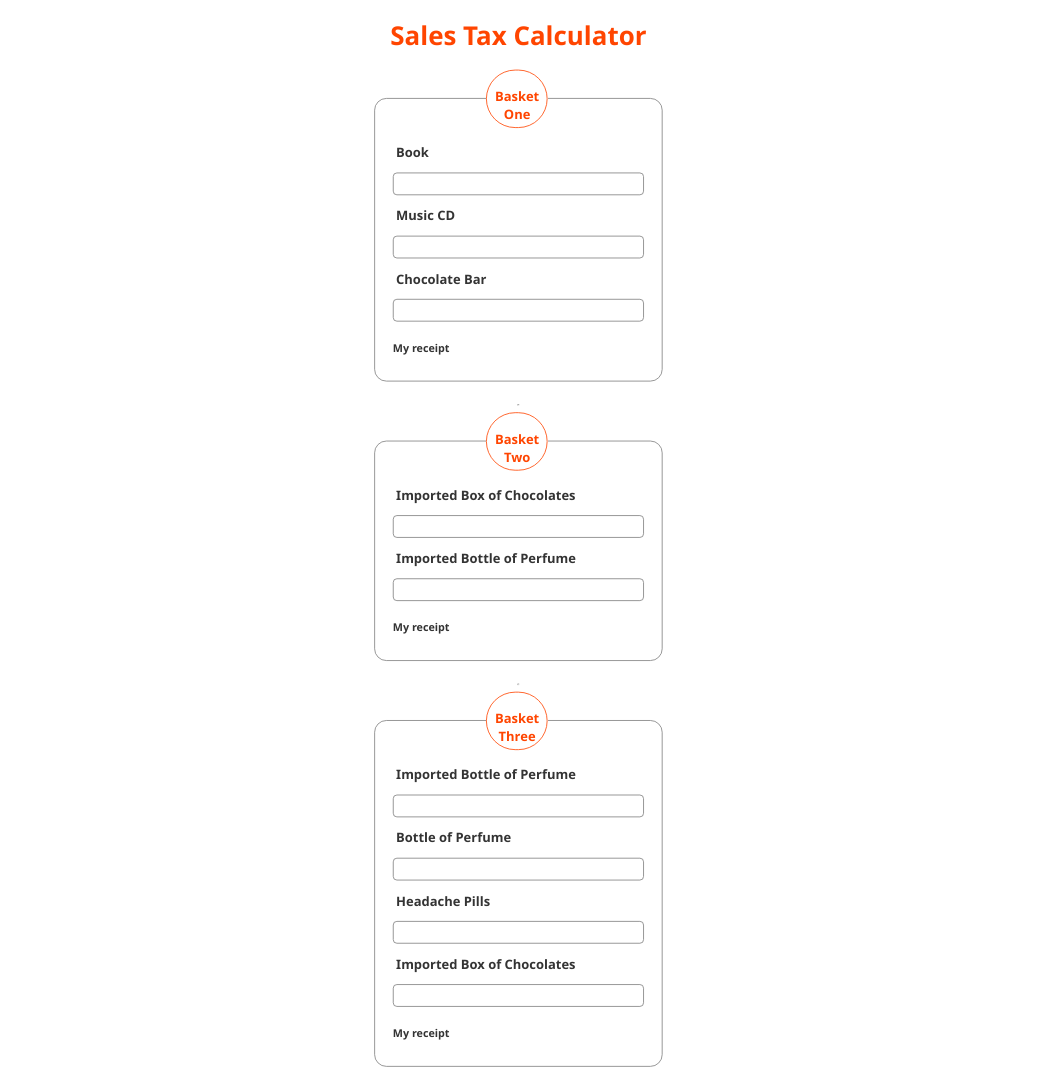
Repository: duzzisantos/sales-tax
Page: index.html
These files come from the project's save history. The page is drawn as it stood at one moment and after the next save; the edit follows.
The browser window is 1280 px wide. The pictures show the whole page, at 81% of full size.

Above is the page before, as saved 2022-05-25 23:52:32.

After the next save:
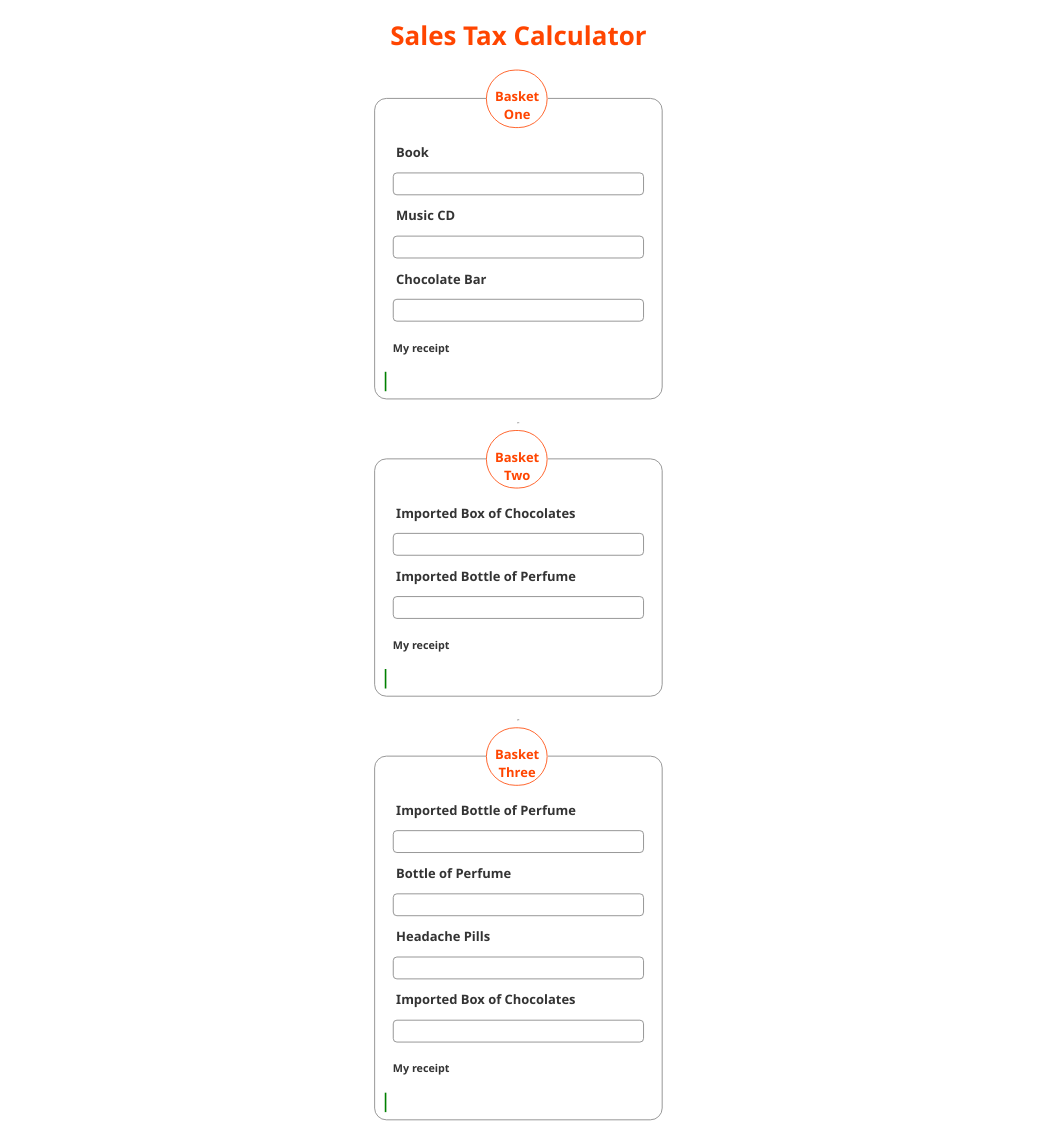
Saved 55 s later.
--- a/style.css
+++ b/style.css
@@ -51,5 +51,5 @@
 #listOne, #listTwo, #listThree{
     height: fit-content;
     width: 300px;
-    background-color: beige;
+    border: 1px solid green;
 }

After the 2 saves that followed:
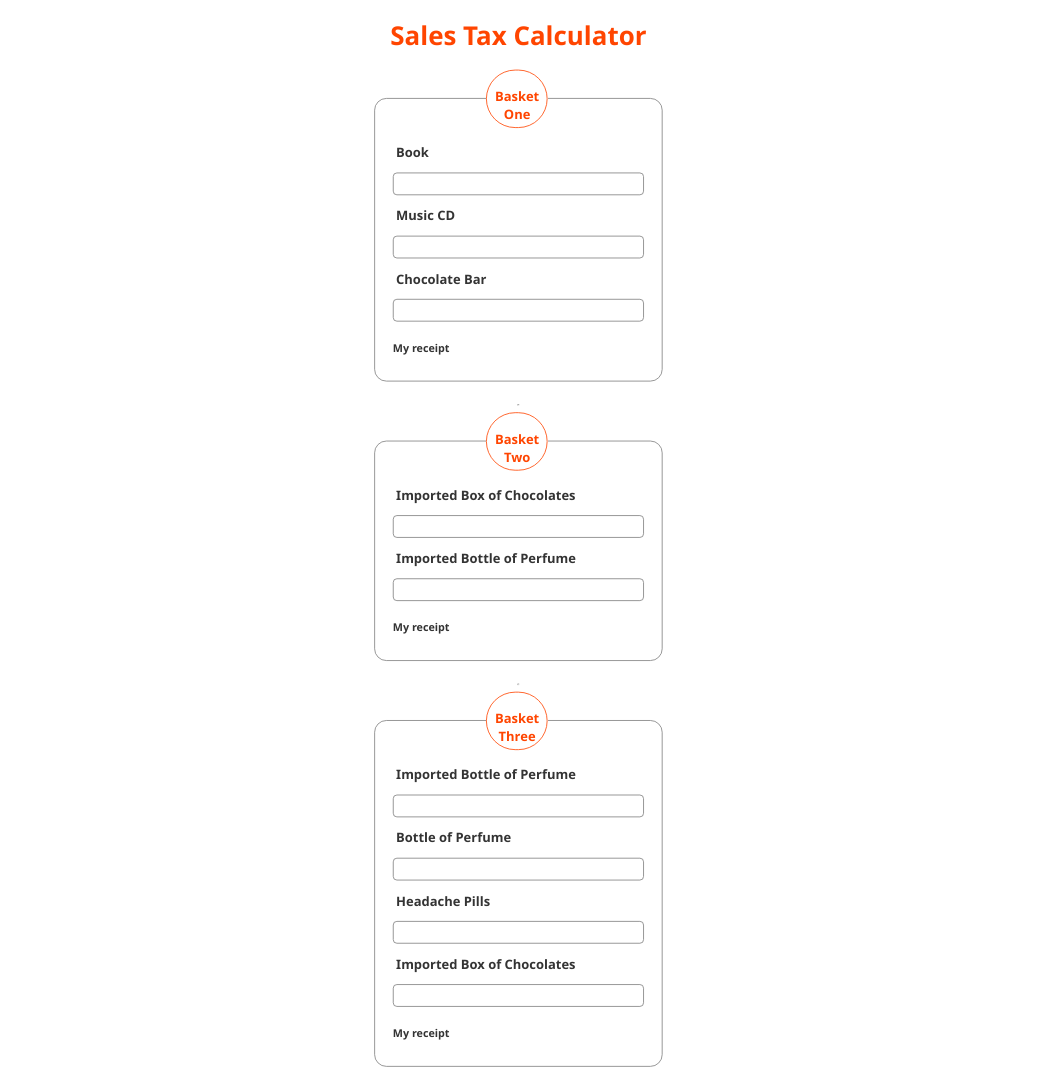
The 2 saves are shown as one change because 1 left the picture as it was.
The last was saved 73 s later.
--- a/style.css
+++ b/style.css
@@ -49,7 +49,5 @@
 }
 
 #listOne, #listTwo, #listThree{
-    height: fit-content;
-    width: 300px;
-    border: 1px solid green;
+  margin-top: -20px;
 }
